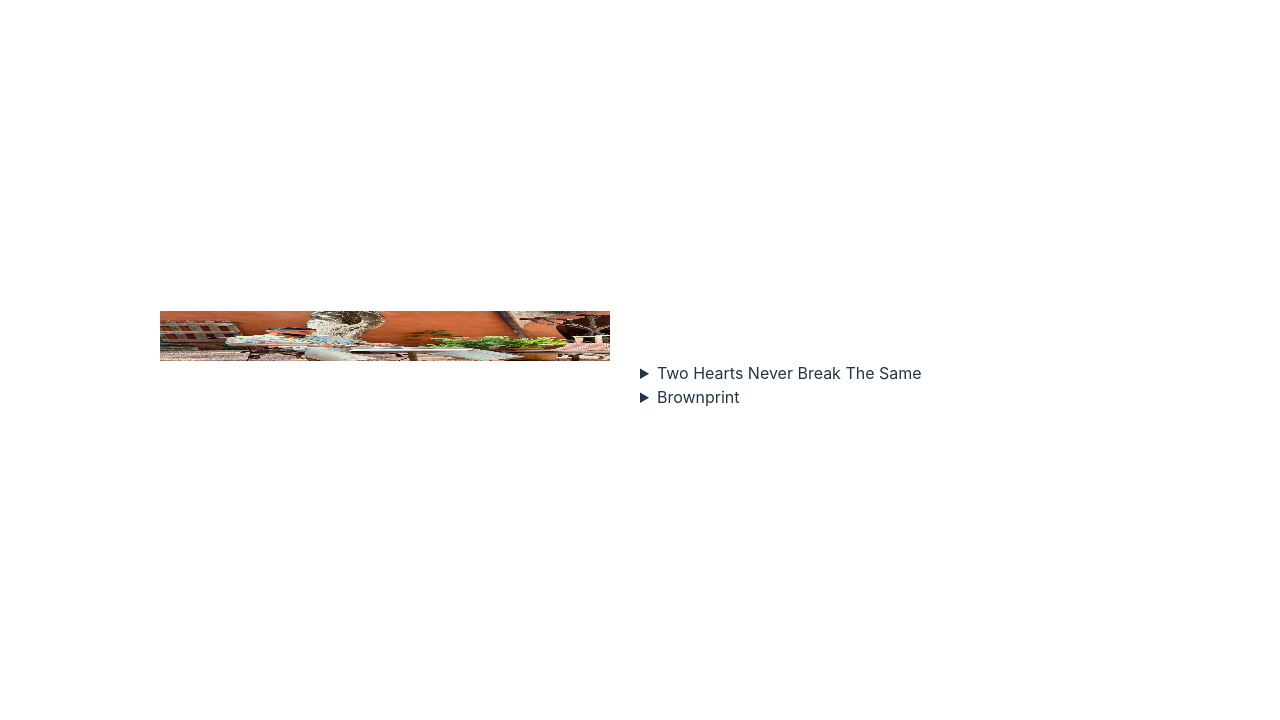
Repository: GavinPahal/my_app
Page: / (app in react/)
These files come from the project's save history. The page is drawn as it stood at one moment and after the next save; the edit follows.
The browser window is 1280 px wide. The pictures show the whole page.
The project was rebuilt for these pictures with package versions that can differ from the ones it lists, and the page was loaded fresh each time. Also part of the build but not shown: react/vite.config.js.

Above is the page before, as saved 2024-09-14 11:22:31.

After the next save:
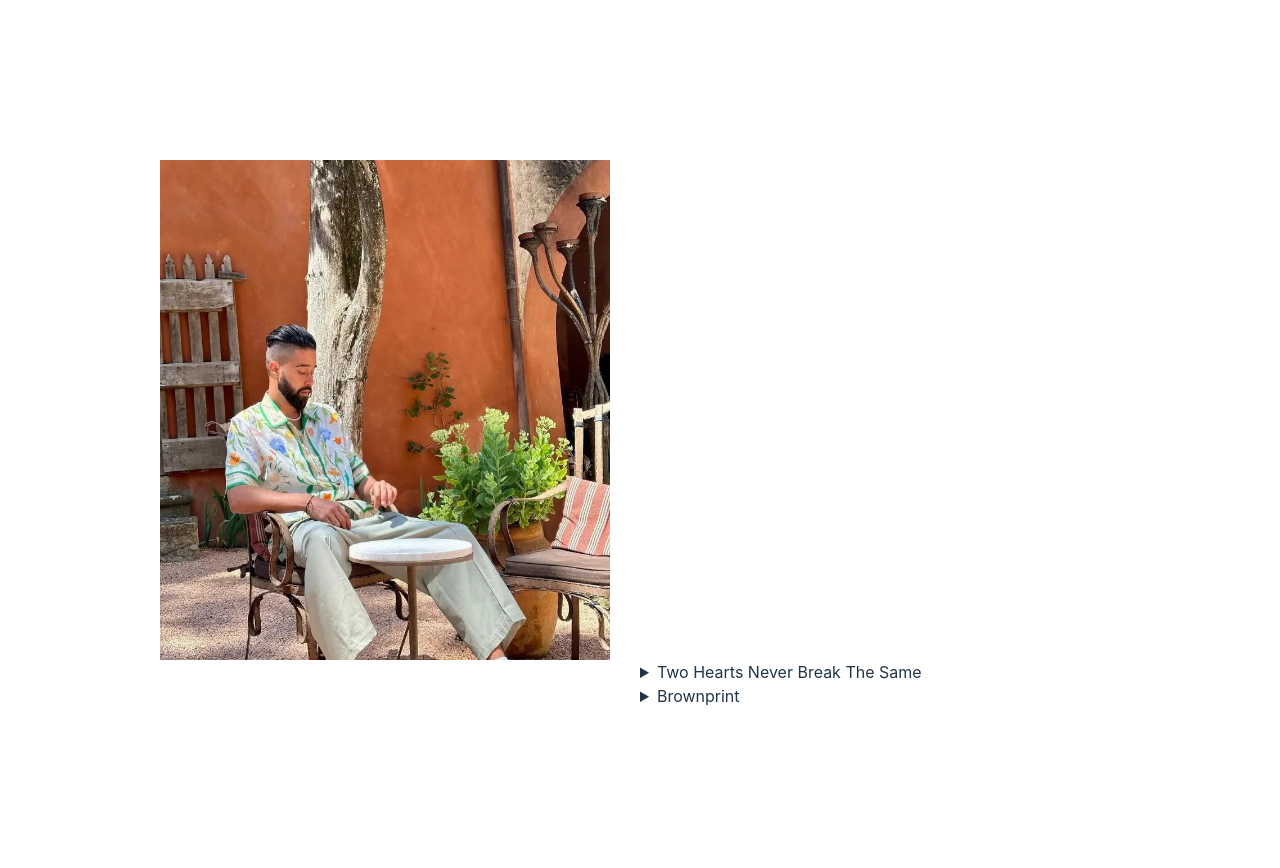
Saved 11 s later.
--- a/react/src/App.jsx
+++ b/react/src/App.jsx
@@ -8,7 +8,7 @@
   return (
     <>
     <div className='image'>
-    <img src={ap} alt="Vite logo"width={450} height={50}/>
+    <img src={ap} alt="Vite logo" width={450} height={500}/>
     </div>
    <div className='album'>
       <details name="reqs">
